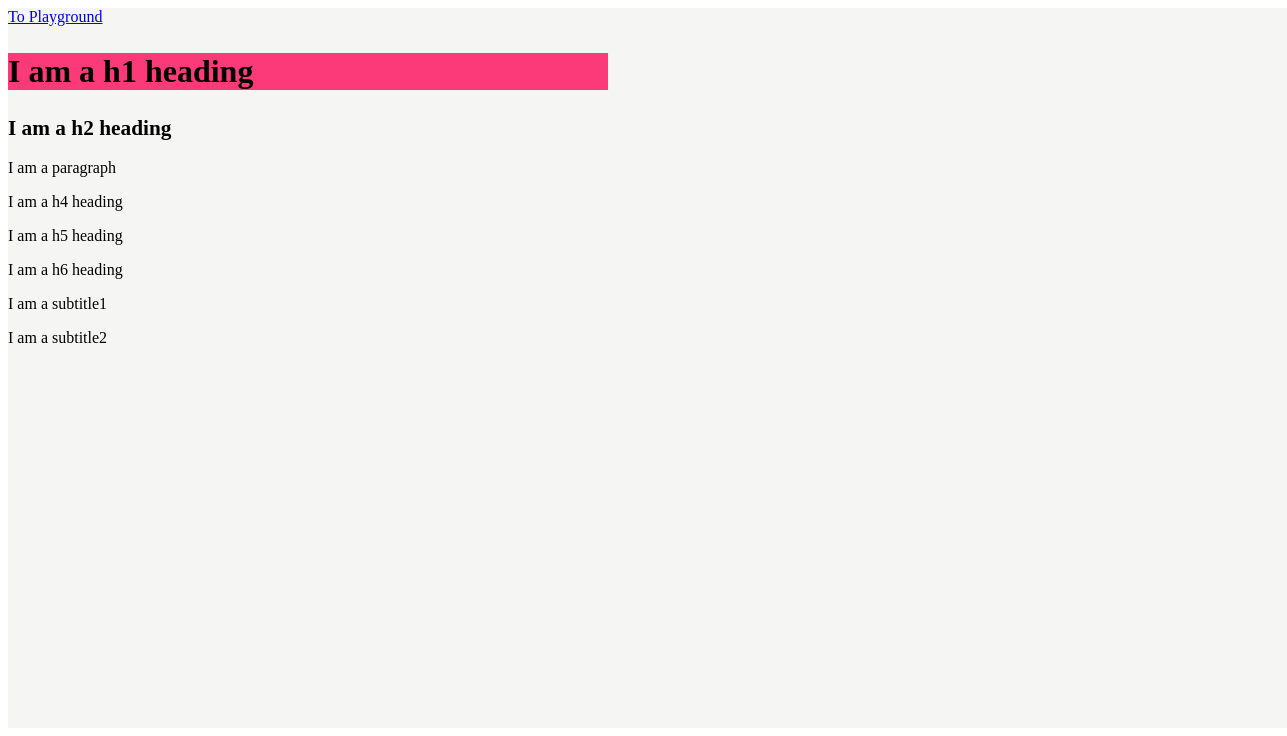
Repository: Terrycoco/coco-playground-starter
Page: /
The author's editor kept a copy of each file at every save. The page is drawn from the files as they stood at one save, then again after the next save.
The browser window is 1280 px wide. The page is 1287 px wide, so the pictures cover 1287 px, including what lies to the right of the window. The pictures show the whole page.
Some web fonts or font styles are not loaded; a fallback is used. The project was rebuilt for these pictures with package versions that can differ from the ones it lists, and the page was loaded fresh each time. The framework's server and built-in components were replaced by stand-ins that run in the browser. Also part of the build but not shown: next.config.js, src/dev/components/dropdowns/ColorDropdown.js, src/dev/components/dropdowns/FontDropdown.js, src/dev/components/dropdowns/Dropdown.js.

Above is the page before, as saved 2023-02-17 12:30:17.

After the next save:
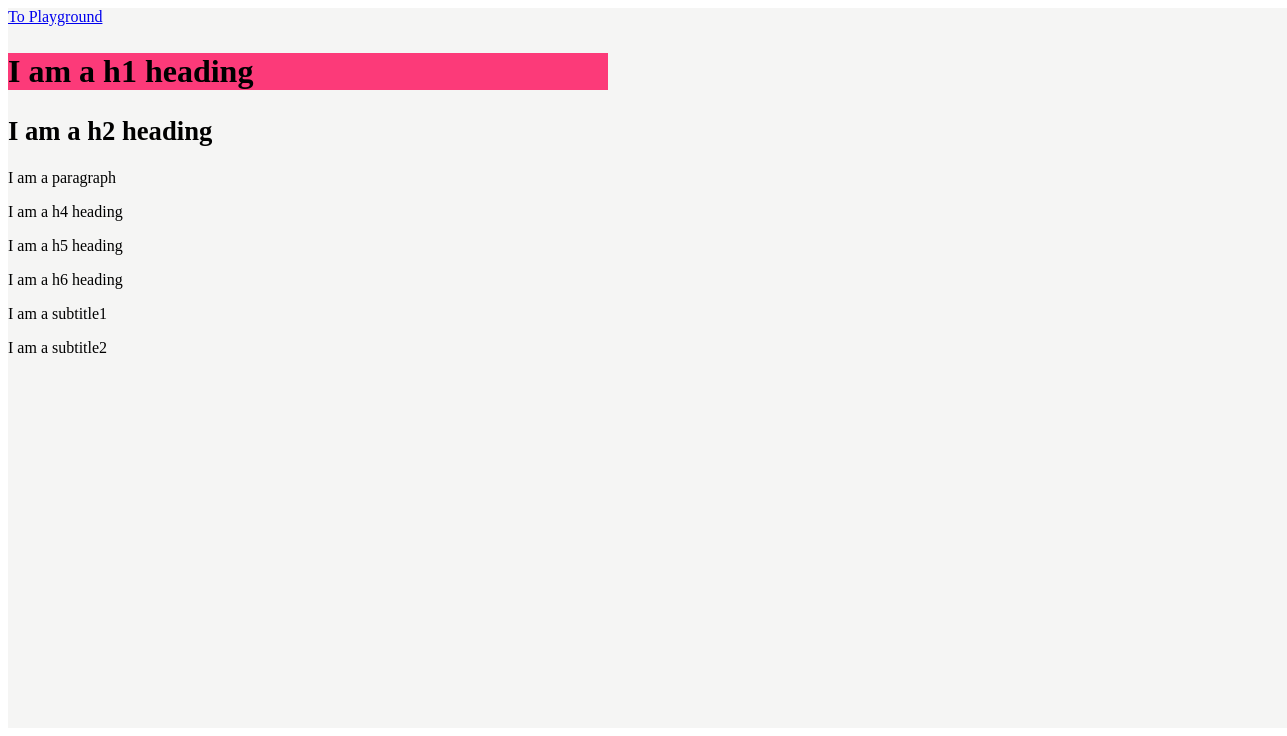
Saved 29 s later.
--- a/src/styles/theme.css
+++ b/src/styles/theme.css
@@ -41,5 +41,10 @@ h1 {
 
 h2 {
   font-family: var(--font-display);
+  font-size: 1.666rem;
+}
+
+h3 {
+  font-family: var(--font-display);
   font-size: 1.333rem;
 }
